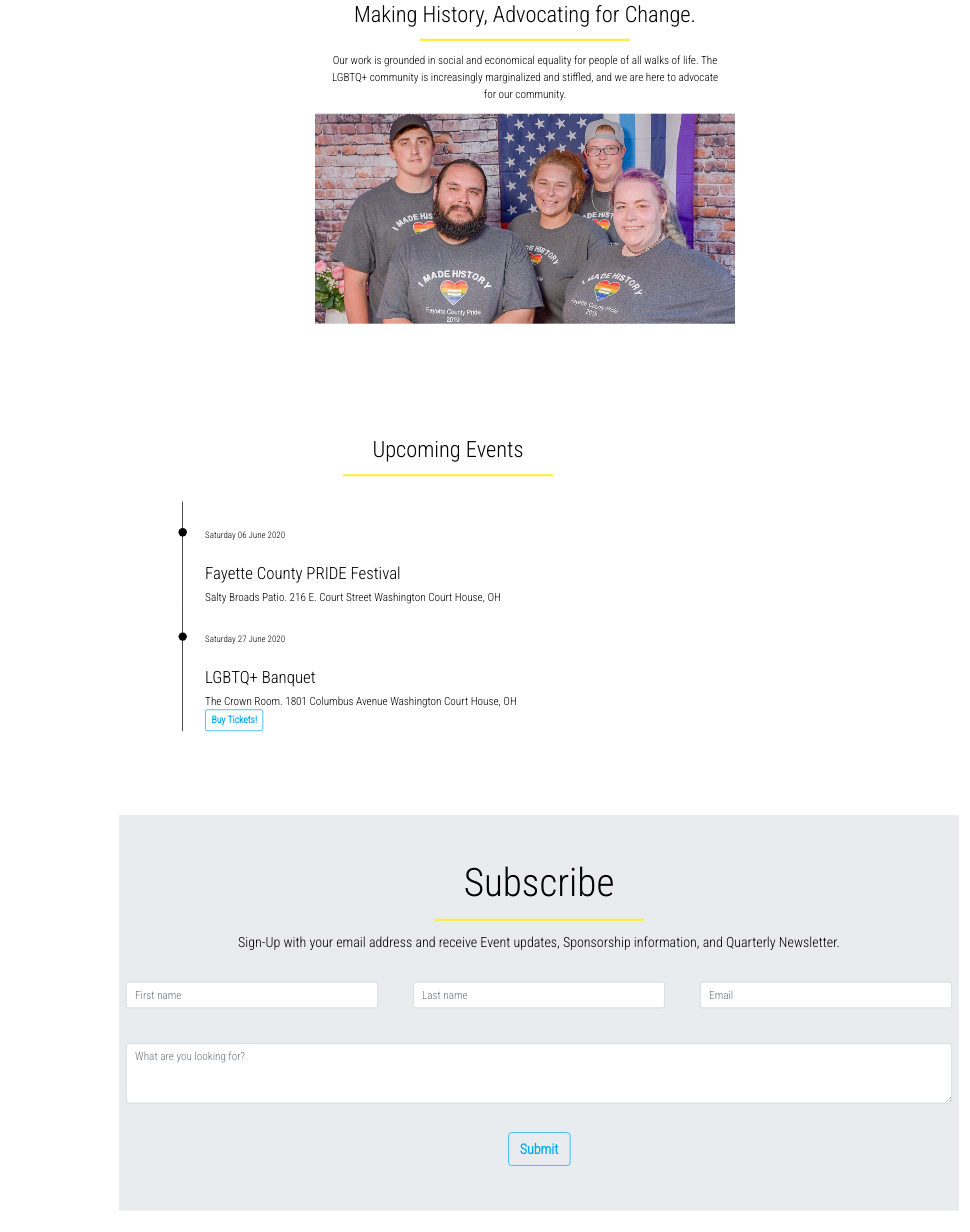
Repository: Code-Institute-Submissions/https-github.com-callendera-Milestone-Project-2
Page: index.html
The author's editor kept a record of every edit. The page is drawn from the files as they stood at one moment, then again after the next edit.
The browser window is 1280 px wide. The page is 1385 px wide, so the pictures cover 1385 px, including what lies to the right of the window. The pictures show the part of the page from y = 2488 to 4248 px (the page is 5280 px tall), at 70% of full size.
Backgrounds fixed to the window are drawn as part of the page. Some web libraries are served in a nearby version.

Above is the page before.

After the next edit:
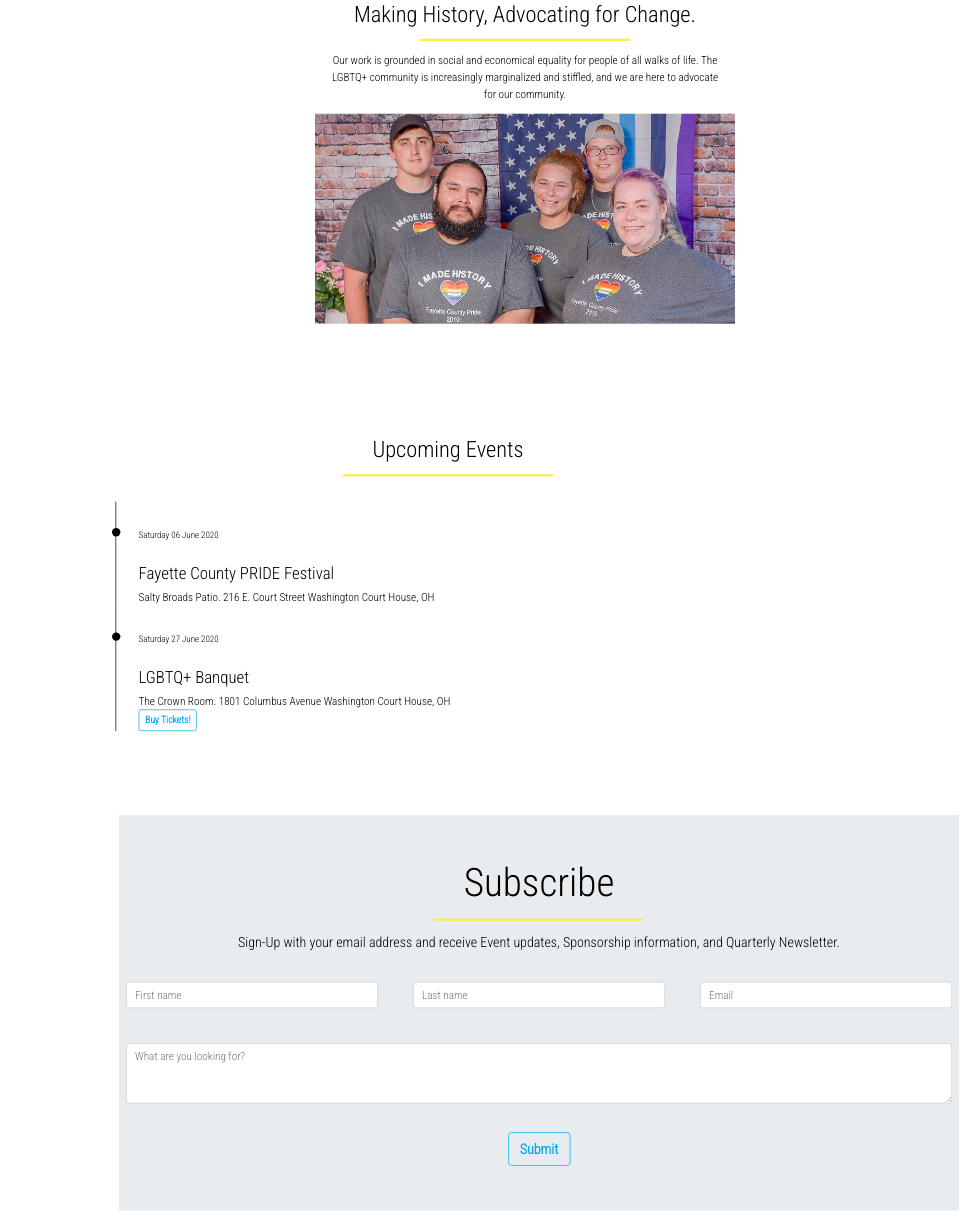
The edit:
--- a/assets/css/style.css
+++ b/assets/css/style.css
@@ -495,7 +495,7 @@
 
 .my-timeline {
     /*--- removes padding automatically set by bootstrap ---*/
-    padding-left: 175px;
+    padding-left: 80px;
     padding-top: 20px;
     padding-right: 50px;
     padding-bottom: 20px;
